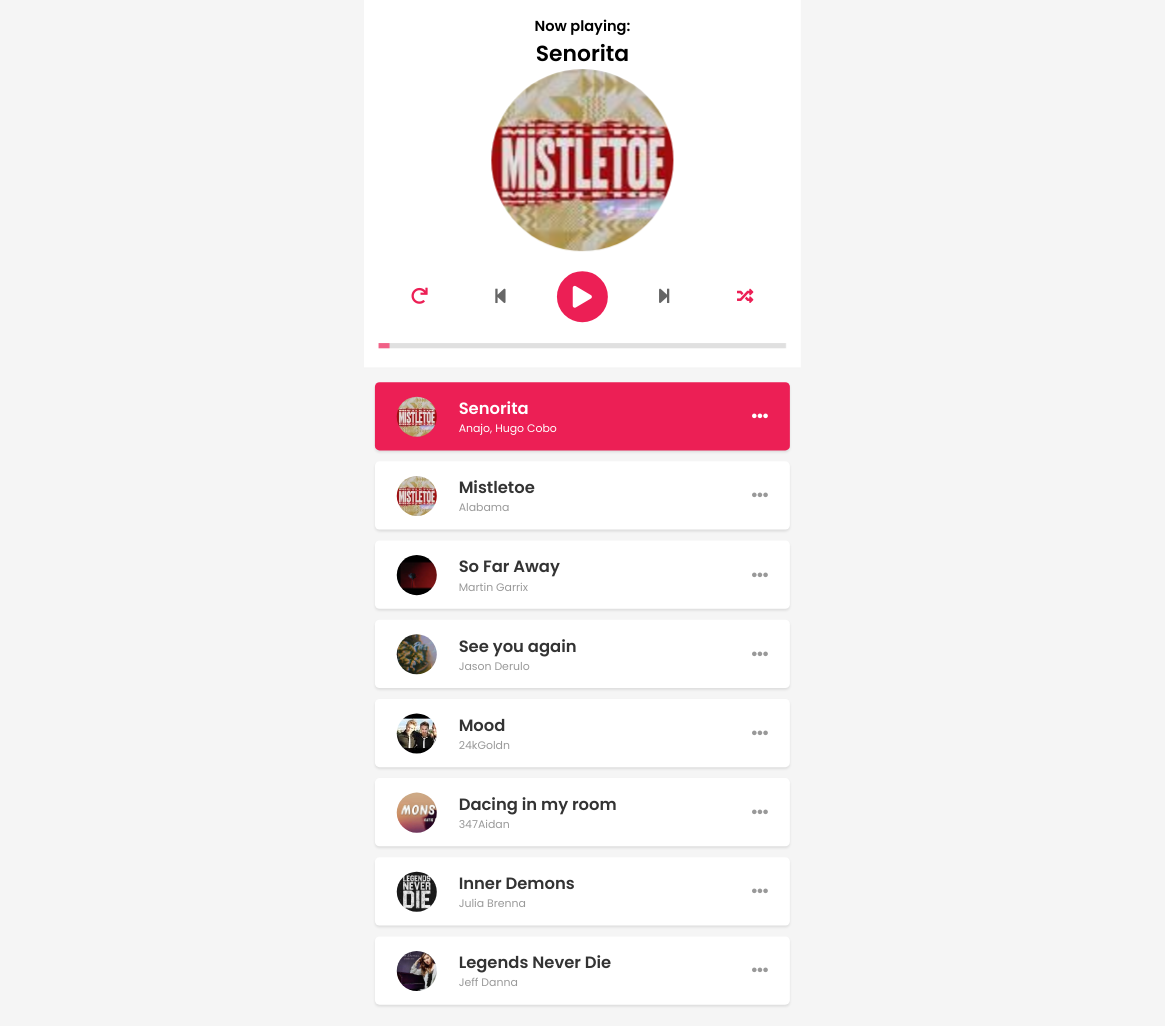
Repository: MinhNhatIT2901/Mp3-clon
Page: index.html
The author's editor kept a copy of each file at every save. The page is drawn from the files as they stood at one save, then again after the next save.
The browser window is 1280 px wide. The pictures show the whole page, at 91% of full size.

Above is the page before, as saved 2022-01-02 18:59:58.

### index.html
<!DOCTYPE html>
<html lang="en">
<head>
    <meta charset="UTF-8">
    <meta http-equiv="X-UA-Compatible" content="IE=edge">
    <meta name="viewport" content="width=device-width, initial-scale=1.0">
    <title>Document</title>
    <link rel="stylesheet" href="./asset/css/app.css">
    <link rel="stylesheet" href="https://cdnjs.cloudflare.com/ajax/libs/font-awesome/5.15.2/css/all.min.css" integrity="sha512-HK5fgLBL+xu6dm/Ii3z4xhlSUyZgTT9tuc/hSrtw6uzJOvgRr2a9jyxxT1ely+B+xFAmJKVSTbpM/CuL7qxO8w==" crossorigin="anonymous" />
    <link rel="preconnect" href="https://fonts.gstatic.com">
    <link href="https://fonts.googleapis.com/css2?family=Poppins:wght@300;400;600&display=swap" rel="stylesheet">
</head>
<body>
    <div class="player">
        <div class="dashboard">
            <div class="header" style="text-align: center">
                <h4>Now playing:</h4>
                <h2 class="header-name">String 57th & 9th</h2>
            </div>

            <div class="cd">
                <div class="cd-thumb" style="background-image: url('https://i.ytimg.com/vi/jTLhQf5KJSc/maxresdefault.jpg')">
                </div>
            </div>

            <div class="control">
                <div class="btn btn-repeat">
                    <i class="fas fa-redo"></i>
                </div>
                <div class="btn btn-prev">
                    <i class="fas fa-step-backward"></i>
                </div>
                <div class="btn btn-toggle-play">
                    <i class="fas fa-pause icon-pause"></i>
                    <i class="fas fa-play icon-play"></i>
                </div>
                <div class="btn btn-next">
                    <i class="fas fa-step-forward"></i>
                </div>
                <div class="btn btn-random">
                    <i class="fas fa-random"></i>
                </div>
            </div>

            <input id="progress" class="progress" type="range" value="0" step="1" min="0" max="100">
            <audio id="audio" src=""></audio>
        </div>

        <div class="playlist">
        </div>
    </div>
</body>
    <script src="./asset/css/app.js"></script>
</html>

### asset/css/app.css
:root {
  --primary-color: #ec1f55;
  --text-color: #333;
}

* {
  padding: 0;
  margin: 0;
  box-sizing: inherit;
}

body {
  background-color: #f5f5f5;
}

html {
  box-sizing: border-box;
  font-family: "Poppins", sans-serif;
}

.player {
  position: relative;
  max-width: 480px;
  margin: 0 auto;
}

.player .icon-pause {
  display: none;
}

.player.playing .icon-pause {
  display: inline-block;
}

.player.playing .icon-play {
  display: none;
}

.dashboard {
  padding: 16px 16px 14px;
  background-color: #fff;
  position: fixed;
  top: 0;
  width: 100%;
  max-width: 480px;
  border-bottom: 1px solid #ebebeb;
}

/* HEADER */
header {
  text-align: center;
  margin-bottom: 10px;
}

header h4 {
  color: var(--primary-color);
  font-size: 12px;
}

header h2 {
  color: var(--text-color);
  font-size: 20px;
}

/* CD */
.cd {
  display: flex;
  margin: auto;
  width: 200px;
}

.cd-thumb {
  width: 100%;
  padding-top: 100%;
  border-radius: 50%;
  background-color: #333;
  background-size: cover;
  margin: auto;
}

/* CONTROL */
.control {
  display: flex;
  align-items: center;
  justify-content: space-around;
  padding: 18px 0 8px 0;
}

.control .btn {
  color: #666;
  padding: 18px;
  font-size: 18px;
}

.control .btn.active {
  color: var(--primary-color);
}

.control .btn-toggle-play {
  width: 56px;
  height: 56px;
  border-radius: 50%;
  font-size: 24px;
  color: #fff;
  display: flex;
  align-items: center;
  justify-content: center;
  background-color: var(--primary-color);
}

.progress {
  width: 100%;
  -webkit-appearance: none;
  height: 6px;
  background: #d3d3d3;
  outline: none;
  opacity: 0.7;
  -webkit-transition: 0.2s;
  transition: opacity 0.2s;
}

.progress::-webkit-slider-thumb {
  -webkit-appearance: none;
  appearance: none;
  width: 12px;
  height: 6px;
  background-color: var(--primary-color);
  cursor: pointer;
}

/* PLAYLIST */
.playlist {
  margin-top: 408px;
  padding: 12px;
}

.song {
  display: flex;
  align-items: center;
  margin-bottom: 12px;
  background-color: #fff;
  padding: 8px 16px;
  border-radius: 5px;
  box-shadow: 0 2px 3px rgba(0, 0, 0, 0.1);
}

.song.active {
  background-color: var(--primary-color);
}

.song:active {
  opacity: 0.8;
}

.song.active .option,
.song.active .author,
.song.active .title {
  color: #fff;
}

.song .thumb {
  width: 44px;
  height: 44px;
  border-radius: 50%;
  background-size: cover;
  margin: 0 8px;
}

.song .body {
  flex: 1;
  padding: 0 16px;
}

.song .title {
  font-size: 18px;
  color: var(--text-color);
}

.song .author {
  font-size: 12px;
  color: #999;
}

.song .option {
  padding: 16px 8px;
  color: #999;
  font-size: 18px;
}

### asset/css/app.js
const $ = document.querySelector.bind(document);
const $$ = document.querySelectorAll.bind(document);

const PLAYER_STORAGE_KEY = 'NMN';

const cd = $('.cd');
const heading = $('.header-name');
const cdThumb = $('.cd-thumb');
const audio = $('#audio');
const playBtn = $('.btn-toggle-play');
const player = $('.player');
const progress = $('#progress');
const prevBtn = $('.btn-prev');
const nextBtn = $('.btn-next');
const randomBtn = $('.btn-random');
const repeatBtn = $('.btn-repeat');
const playList = $('.playlist');


const app = {
    currentIndex: 0,
    isPlaying: false,
    isRandom: false,
    isRepeat: false,
    config: JSON.parse(localStorage.getItem(PLAYER_STORAGE_KEY)) || {},
    songs: [
        {
            name: 'Senorita',
            singer: 'Anajo, Hugo Cobo',
            path: './asset/music/music1.mp3',
            image: './asset/img/img3.jpg'
        },
        {
            name: 'Mistletoe',
            singer: 'Alabama',
            path: './asset/music/music2.mp3',
            image: './asset/img/img3.jpg'
        },
        {
            name: 'So Far Away',
            singer: 'Martin Garrix',
            path: './asset/music/music3.mp3',
            image: './asset/img/img1.jpg'
        },
        {
            name: 'See you again',
            singer: 'Jason Derulo',
            path: './asset/music/music4.mp3',
            image: './asset/img/img4.jpg'
        },
        {
            name: 'Mood',
            singer: '24kGoldn',
            path: './asset/music/music5.mp3',
            image: './asset/img/img5.jpg'
        },
        {
            name: 'Dacing in my room',
            singer: '347Aidan',
            path: './asset/music/music6.mp3',
            image: './asset/img/img6.jpg'
        },
        {
            name: 'Inner Demons',
            singer: 'Julia Brenna',
            path: './asset/music/music7.mp3',
            image: './asset/img/img7.jpg'
        },
        {
            name: 'Legends Never Die',
            singer: 'Jeff Danna',
            path: './asset/music/music8.mp3',
            image: './asset/img/img8.jpg'
        }
    ],
    setConfig: function(key, value) {
        this.config[key] = value
        localStorage.setItem(PLAYER_STORAGE_KEY, JSON.stringify(this.config))
    },
    render: function() {
        const htmls = this.songs.map((song, index) => {
            return `
            <div class="song ${index === this.currentIndex ? 'active' : ''}" data-index="${index}">
                <div class="thumb"
                    style="background-image: url('${song.image}')">
                </div>
                <div class="body">
                    <h3 class="title">${song.name}</h3>
                    <p class="author">${song.singer}</p>
                </div>
                <div class="option">
                    <i class="fas fa-ellipsis-h"></i>
                </div>
            </div>
            `
        })
        playList.innerHTML = htmls.join('');
    },
    defineProperties: function() {
        Object.defineProperty(this, 'currentSong', {
            get: function() {
                return this.songs[this.currentIndex]
            }
        })
    },
    handleEvents: function() {
        const _this = this

        // Xu ly phong to hoac thu nho CD
        const cdWidth = cd.offsetWidth;
        document.onscroll = function() {
            const scrollTop = window.scrollY || document.documentElement.scrollTop;
            const newCdWidth = cdWidth - scrollTop;

            cd.style.width = newCdWidth > 0 ? newCdWidth + 'px' : 0;
            cd.style.opacity = newCdWidth / cdWidth;
        }

        // Xu ly khi click play
        playBtn.onclick = function() {
            if(_this.isPlaying) {
                audio.pause()
            }else {
                audio.play()
            }
        }

        // Khi song duoc play
        audio.onplay = function() {
            _this.isPlaying = true
            player.classList.add('playing')
            cdThumbAnimate.play()
        }

        // Khi song bi pause
        audio.onpause = function() {
            _this.isPlaying = false
            player.classList.remove('playing')
            cdThumbAnimate.pause()
        }

        // Bắt tiến độ bài hát
        audio.ontimeupdate = function() {
            if(audio.duration) {
                const progressPercent = Math.floor(audio.currentTime / audio.duration * 100)
                progress.value = progressPercent
            }
        }

        // Xu ly khi tua
        progress.onchange = function(e) {
            const seekTime =  audio.duration / 100 * e.target.value
            audio.currentTime = seekTime
        }

        // Xử lý CD quay / dừng
        const cdThumbAnimate = cdThumb.animate([
            { transform: 'rotate(360deg)'}
        ], {
            duration: 10000, // 10 seconds
            iterations: Infinity
        })
        cdThumbAnimate.pause()

        // Khi next song
        nextBtn.onclick = function() {
            if(_this.isRandom) {
                _this.playRandomSong()
            }else {
                _this.nextSong()
            }
            audio.play()
            _this.render()
            // _this.scrollToActiveSong()
        }

        // Khi prev song
        prevBtn.onclick = function() {
            if(_this.isRandom) {
                _this.playRandomSong()
            }else {
                _this.prevSong()
            }
            audio.play()
            _this.render()
            // _this.scrollToActiveSong()
        }

        // Click random button
        randomBtn.onclick = function(e) {
            _this.isRandom = !_this.isRandom
            _this.setConfig('isRandom', this.isRandom)
            randomBtn.classList.toggle('active', _this.isRandom)
        }

        // Click repeat
        repeatBtn.onclick = function(e) {
            _this.isRepeat = !_this.isRepeat
            _this.setConfig('isRepeat', this.isRepeat)
            repeatBtn.classList.toggle('active', _this.isRepeat)
        }

        // Next song when audio ended or back
        audio.onended = function() {
            if(_this.isRepeat) {
                audio.play()
            }else {
                nextBtn.click()
            }
        }

        // Click playlist
        playList.onclick = function(e) {
            const songNode = e.target.closest('.song:not(.active)')
            if(songNode || e.target.closest('.option')) {

                // Xu ly khi click vao song
                if(songNode) {
                    _this.currentIndex = Number(songNode.dataset.index)
                    _this.loadCurrentSong()
                    _this.render()
                    audio.play()
                }

                // Xu ly khi click vao option song
                if(e.target.closest('.option')) {
                }
            }
        }
    },
    loadCurrentSong: function() {
        heading.textContent = this.currentSong.name;
        cdThumb.style.backgroundImage = `url('${this.currentSong.image}')`;
        audio.src = this.currentSong.path;
    },
    loadConfig: function () {
        this.isRandom= this.config.isRandom
        this.isRepeat= this.config.isRepeat
    },
    nextSong: function() {
        this.currentIndex++
        if(this.currentIndex >= this.songs.length) {
            this.currentIndex = 0
        }
        this.loadCurrentSong()
    },
    prevSong: function() {
        this.currentIndex--
        if(this.currentIndex < 0) {
            this.currentIndex = this.songs.length - 1
        }
        this.loadCurrentSong()
    },
    playRandomSong: function() {
        let newIndex
        do {
            newIndex = Math.floor(Math.random() * this.songs.length)
        }while(newIndex === this.currentIndex)
        this.currentIndex = newIndex
        this.loadCurrentSong()
    },
    // scrollToActiveSong: function() {
    //     setTimeout ( () => {
    //         $('.song.active').scrollIntoView({
    //             behavior: 'smooth',
    //             block: 'neares'
    //         })
    //     }, 300)
    // },
    start: function() {
        this.loadConfig();
        // Định nghĩa các thuộc tính cho object
        this.defineProperties();

        // Lắng nghe / xử lý các sự kiện (DOM event)
        this.handleEvents();

        // Load thong tin bai hat dau tien vao` UI
        this.loadCurrentSong();

        // Render playlist
        this.render();

        randomBtn.classList.toggle('active', this.isRandom)
        repeatBtn.classList.toggle('active', this.isRepeat)
    }
}

app.start();

After the next save:
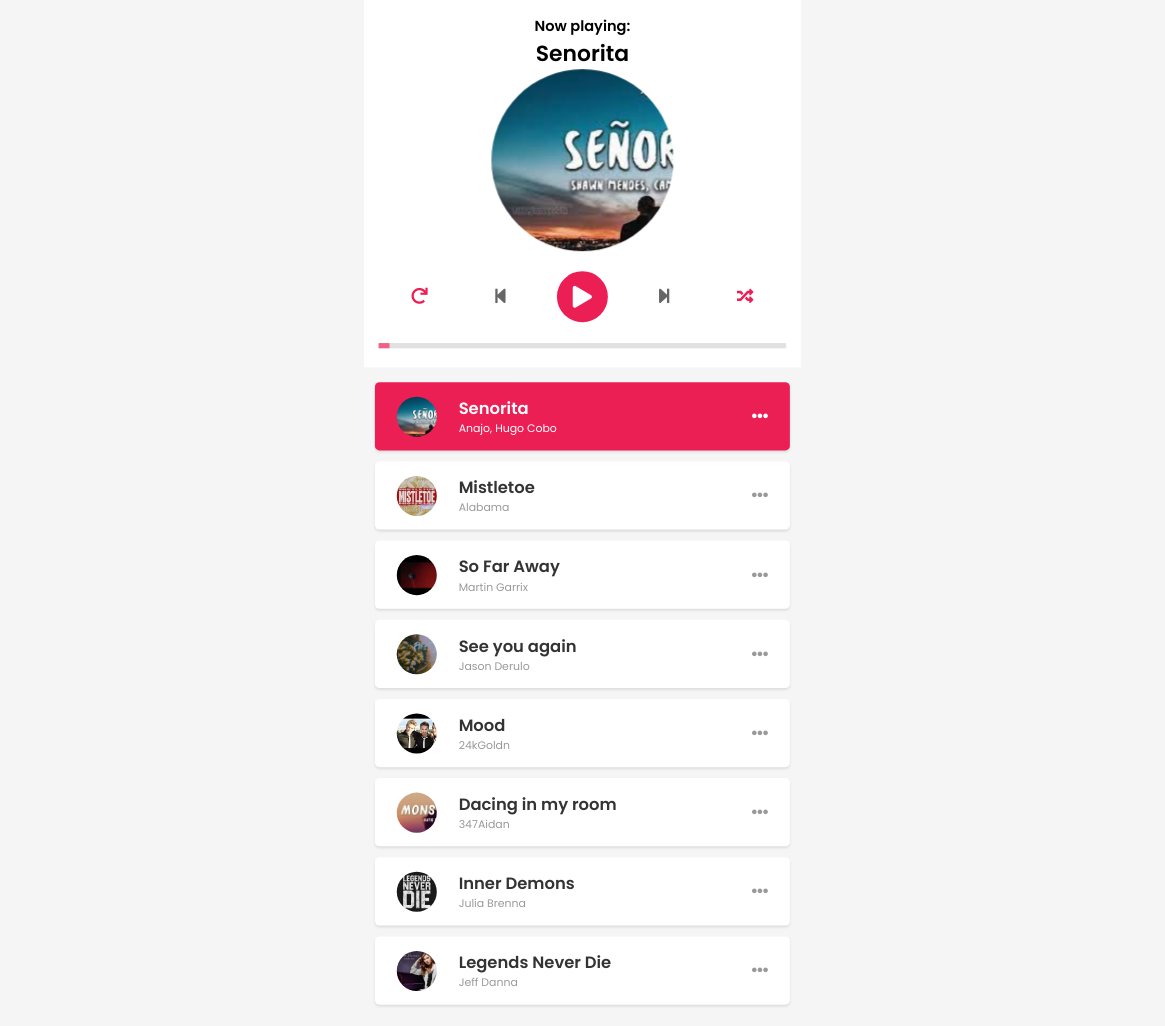
Saved 9 s later.
--- a/asset/css/app.js
+++ b/asset/css/app.js
@@ -28,7 +28,7 @@ const app = {
             name: 'Senorita',
             singer: 'Anajo, Hugo Cobo',
             path: './asset/music/music1.mp3',
-            image: './asset/img/img3.jpg'
+            image: './asset/img/img2.jpg'
         },
         {
             name: 'Mistletoe',
